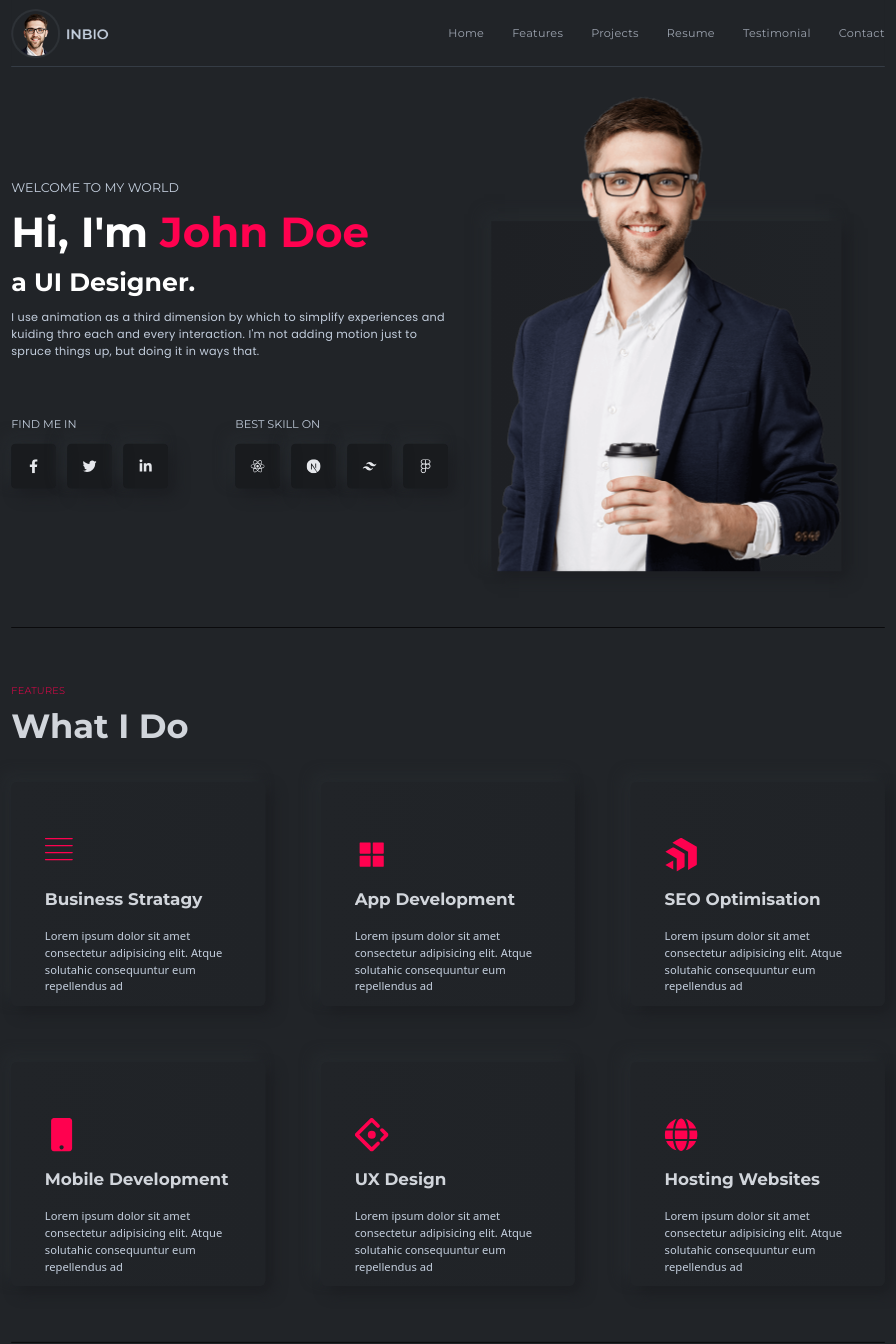
Repository: vophuocthanh/react-profile
Page: /
These files come from the project's save history. The page is drawn as it stood at one moment and after the next save; the edit follows.
The browser window is 1280 px wide. The pictures show the part of the page from y = 0 to 1920 px (the page is 7251 px tall), at 70% of full size.
The project was rebuilt for these pictures with package versions that can differ from the ones it lists, and the page was loaded fresh each time. Also part of the build but not shown: src/components/resume/Skills.js, src/components/resume/Achievement.js, src/components/resume/Experience.js.

Above is the page before, as saved 2023-05-04 15:33:43.

After the next save:
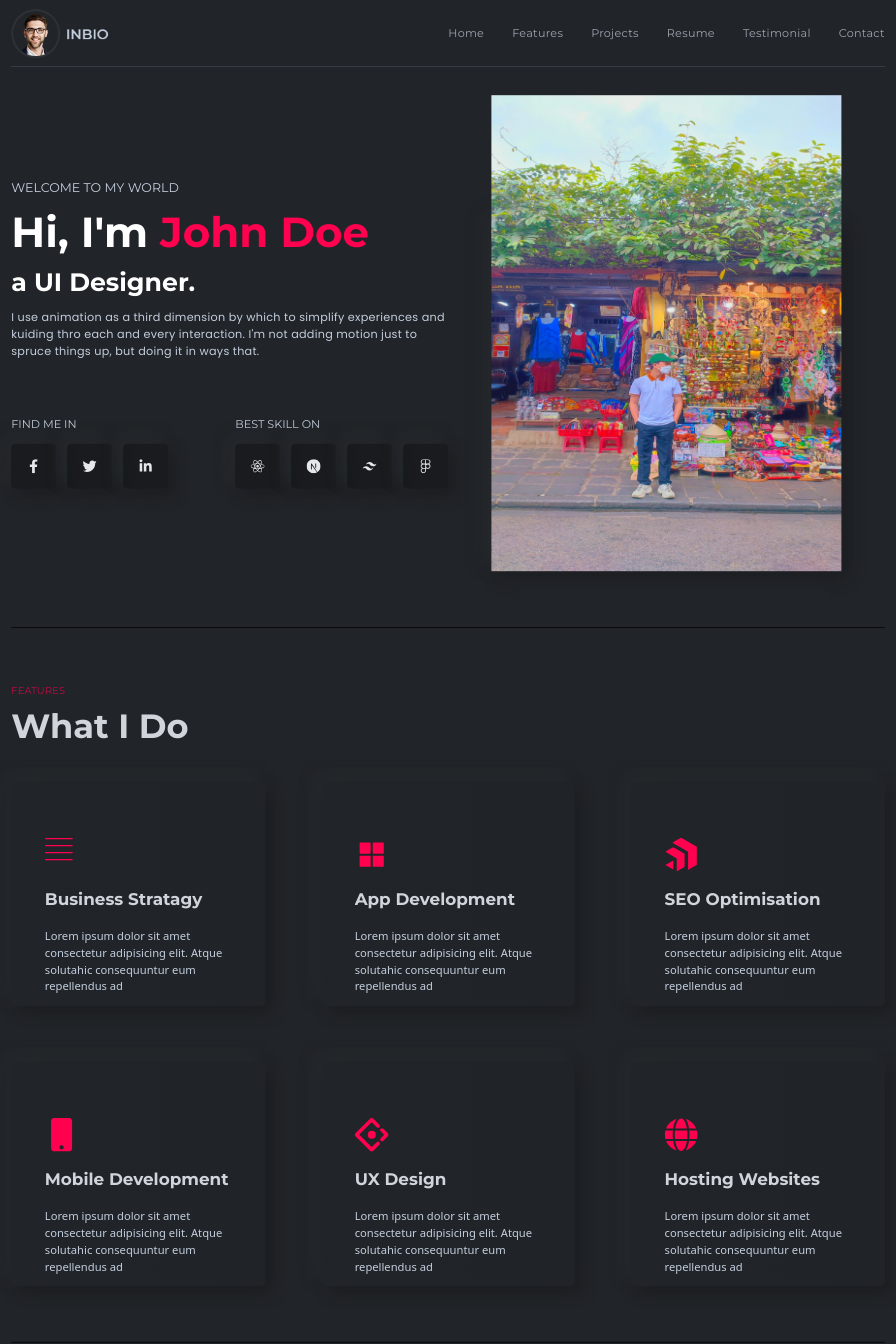
Saved 19 s later.
--- a/src/components/banner/RightBanner.js
+++ b/src/components/banner/RightBanner.js
@@ -1,12 +1,13 @@
 import React from "react";
-import { bannerImg } from "../../assets/index";
+import { avatar } from "../../assets";
+// import { bannerImg } from "../../assets/index";
 
 const RightBanner = () => {
   return (
     <div className="w-full lgl:w-1/2 flex justify-center items-center relative">
       <img
         className="w-[300px] h-[400px] lgl:w-[500px] lgl:h-[680px] z-10"
-        src={bannerImg}
+        src={avatar}
         alt="bannerImg"
       />
       <div className="absolute bottom-0 w-[350px] h-[300px] lgl:w-[500px] lgl:h-[500px] bg-gradient-to-r from-[#1e2024] to-[#202327] shadow-shadowOne flex justify-center items-center"></div>
